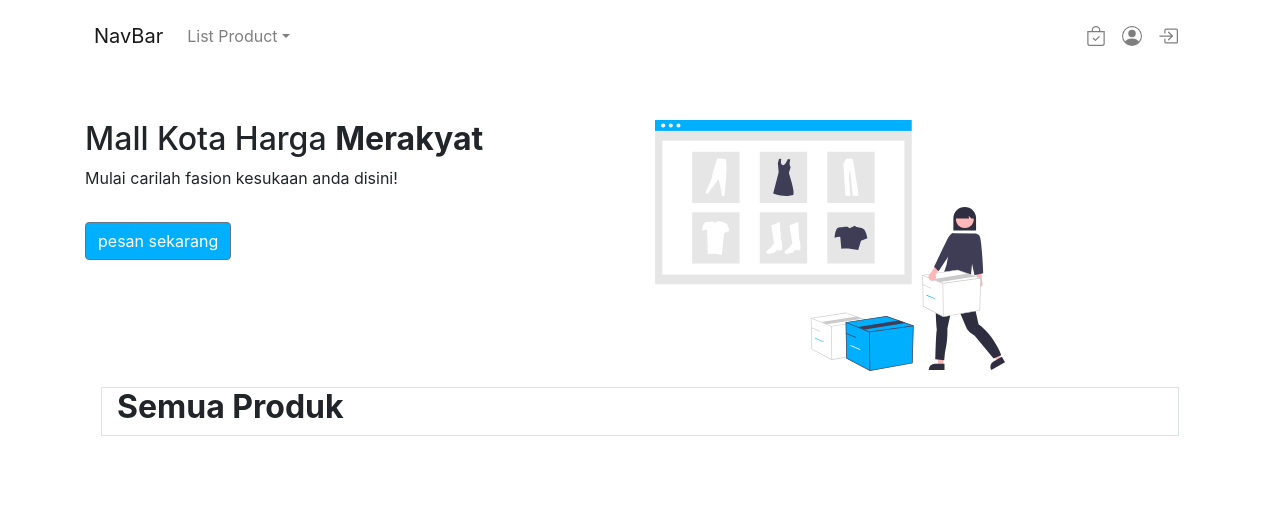
Repository: AHSANS354/ecommerce-catalog
Page: /
The author's editor kept a copy of each file at every save. The page is drawn from the files as they stood at one save, then again after the next save.
The browser window is 1280 px wide. The pictures show the whole page.
The page's requests for data from a server got no answer. The project was rebuilt for these pictures with package versions that can differ from the ones it lists, and the page was loaded fresh each time. No one was signed in, and anything a server would have sent is missing. Also part of the build but not shown: vue.config.js, src/components/CardProduct.vue.

Above is the page before, as saved 2023-03-01 22:19:20.

After the next save:
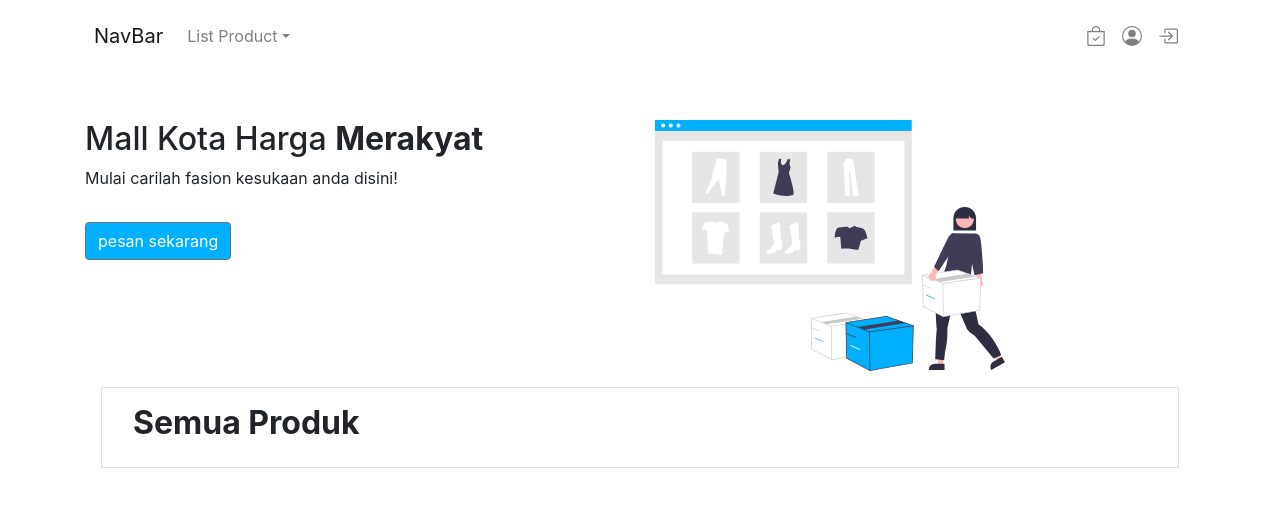
Saved 14 s later.
--- a/src/views/HomeView.vue
+++ b/src/views/HomeView.vue
@@ -18,7 +18,7 @@
         </div>
       </div>
 
-      <div class="row border m-3">
+      <div class="row border m-3 p-3">
         <div class="col-md-6">
           <h2><strong>Semua Produk</strong></h2>
         </div>
